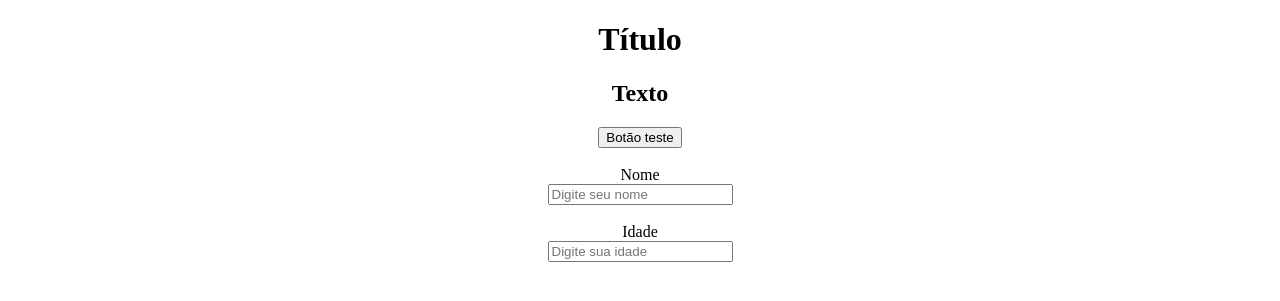
Repository: Gabrielb0rn/Java-script.io
Page: 5quintaaula 2606/index.html
These files come from the project's save history. The page is drawn as it stood at one moment and after a run of saves; the edit follows.
The browser window is 1280 px wide. The pictures show the whole page.

Above is the page before, as saved 2024-06-26 11:48:38.

After the next 3 saves:
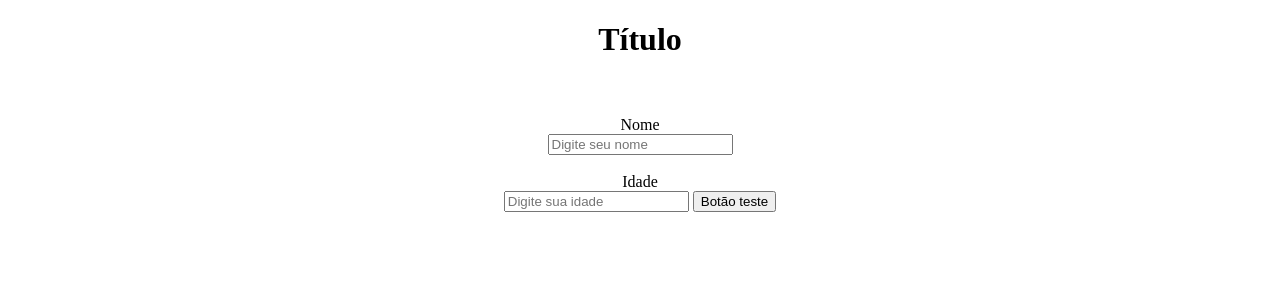
The 3 saves are shown as one change because they came seconds apart.
The last was saved 16 s later.
--- a/5quintaaula 2606/index.html
+++ b/5quintaaula 2606/index.html
@@ -9,8 +9,6 @@
 <body><center>
     <h1>Título</h1>
 
-    <h2>Texto</h2>
-    <button onclick="botao()">Botão teste</button>
     <br>
     <br>
     <label>Nome</label>
@@ -21,7 +19,7 @@
     <label>Idade</label>
     <br>
     <input placeholder="Digite sua idade">
-
+    <button onclick="botao()">Botão teste</button>
 
     <script src="assets/scripts.js"></script>
 </body></center>
